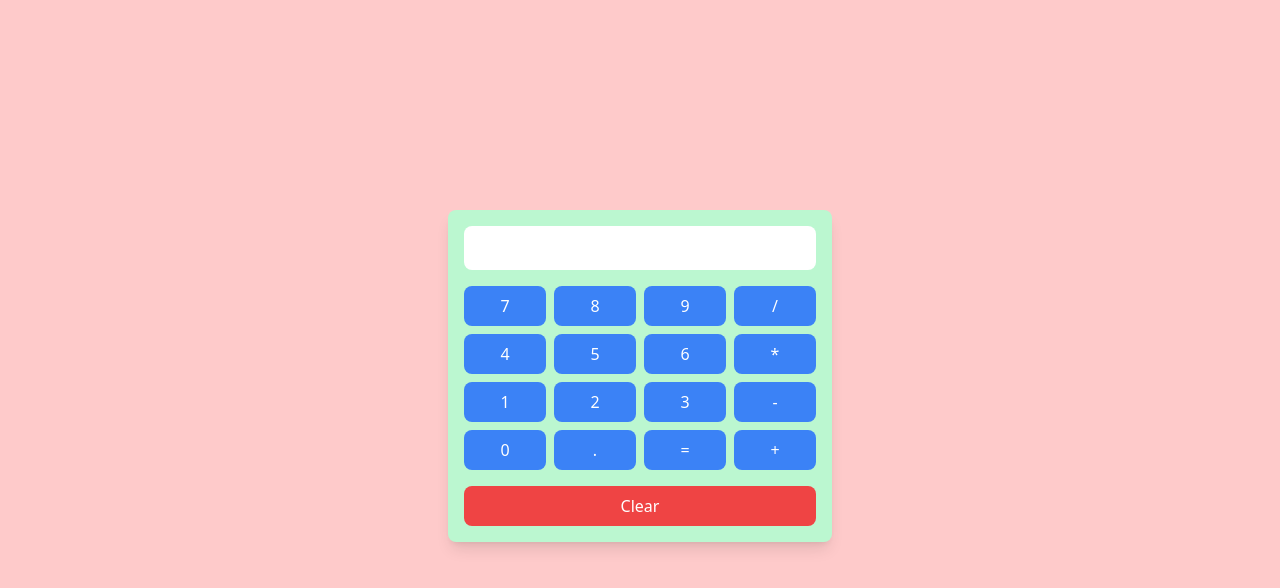
Repository: Sirinegaddour11/Calculator-App
Page: /
An editor plug-in stored every save of this project. The page is shown before and after the next save, followed by the edit.
The browser window is 1280 px wide. The pictures show the whole page.
The project was rebuilt for these pictures with package versions that can differ from the ones it lists, and the page was loaded fresh each time. The framework's server and built-in components were replaced by stand-ins that run in the browser. Also part of the build but not shown: next.config.mjs.

Above is the page before, as saved 2024-09-16 15:06:50.

After the next save:
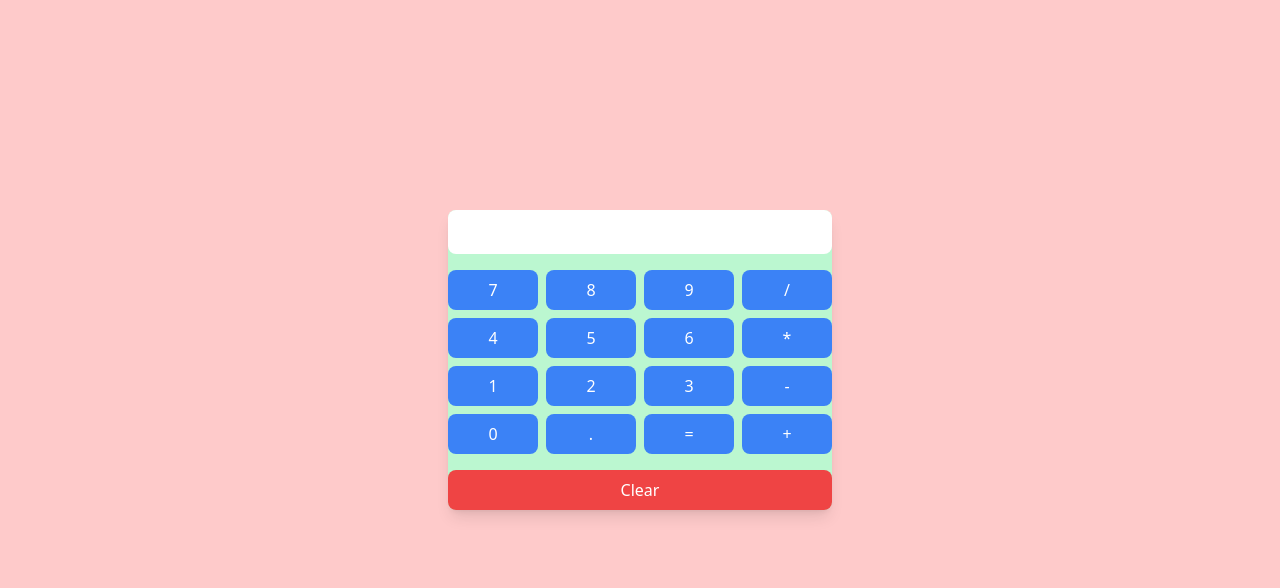
Saved 29 s later.
--- a/components/calculator.tsx
+++ b/components/calculator.tsx
@@ -18,7 +18,7 @@ const Calculator: React.FC = () => {
   }
   return (
     <div className=" flex justify-center items-center h-screen">
-      <div className="w-96 mx-auto mt-8 p-4 bg-green-200 rounded-lg shadow-lg ">
+      <div className="w-96 bg-green-200 rounded-lg shadow-lg ">
         <input
           type="text"
           className="w-full mb-4 p-2 text-xl text-right bg-white rounded-lg"
